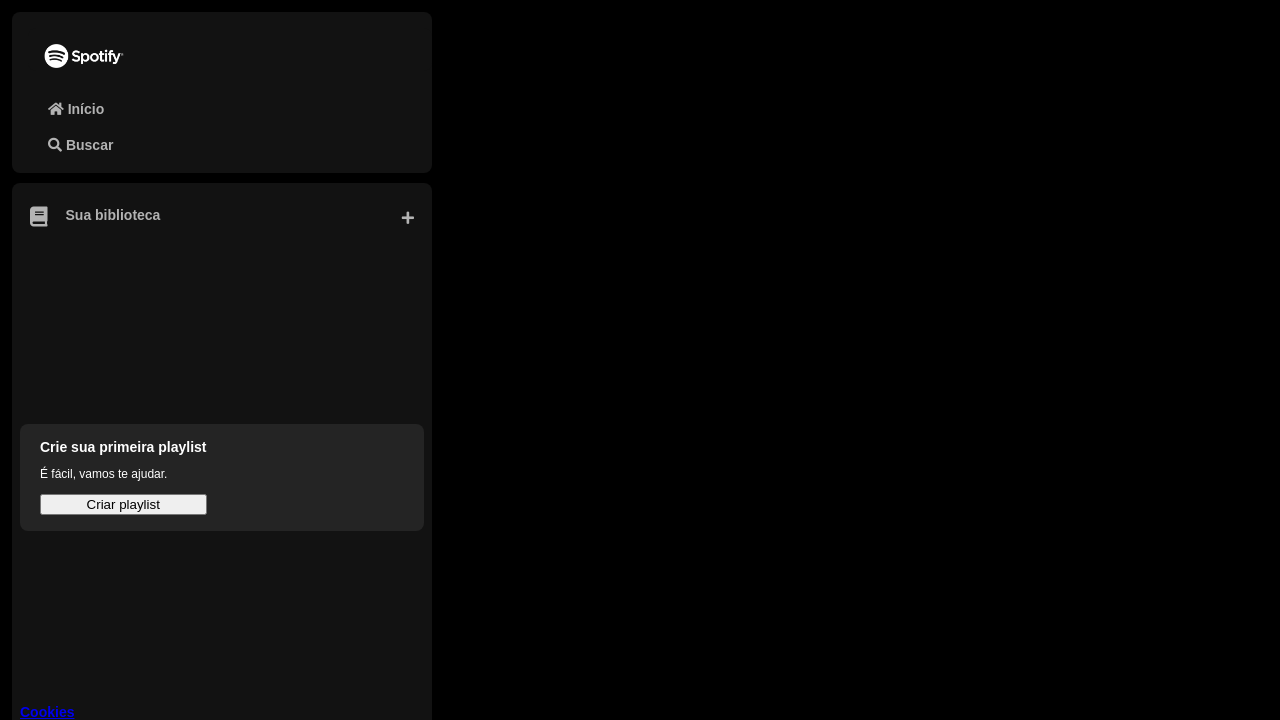
Repository: humbertobrasileiro/spotify
Page: index.html
An editor plug-in stored every save of this project. The page is shown before and after the next save, followed by the edit.
The browser window is 1280 px wide. The pictures show the whole page.

Above is the page before, as saved 2024-01-23 10:02:41.

After the next save:
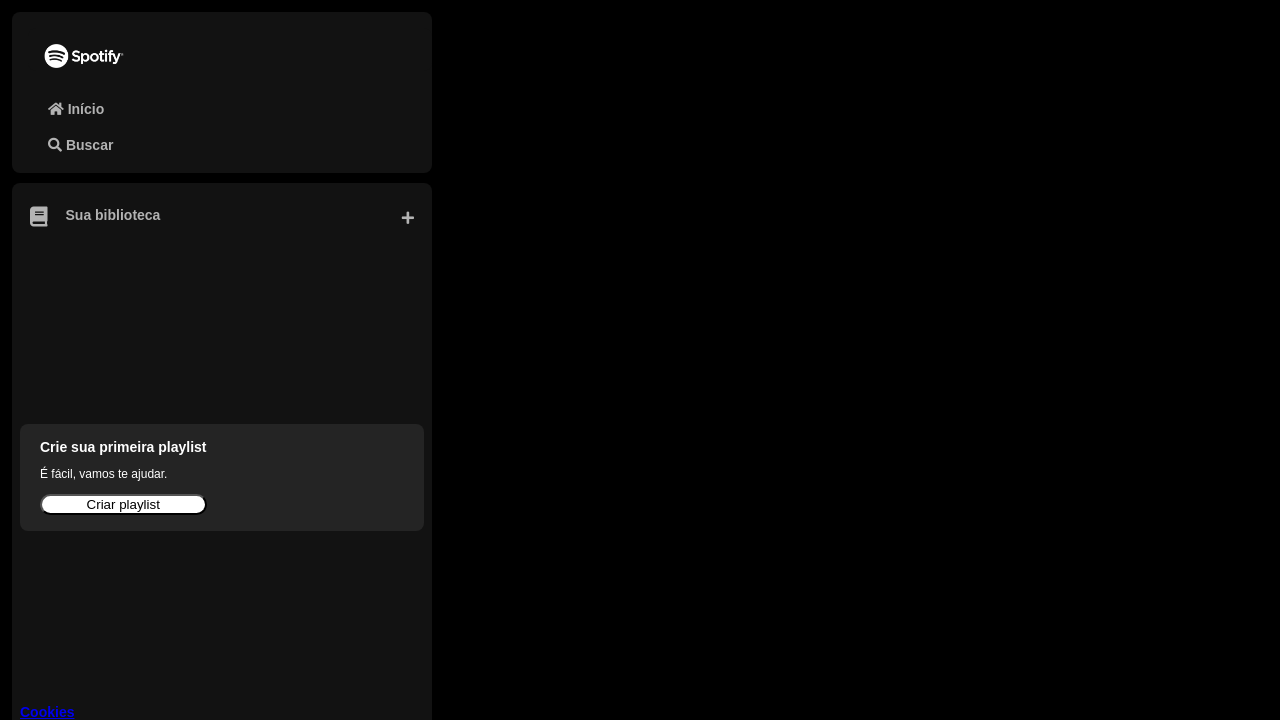
Saved 73 s later.
--- a/styles.css
+++ b/styles.css
@@ -127,6 +127,12 @@
   font-size: 12px;
 }
 
+.section-playlist__content .section-playlist__button {
+  background-color: #fff;
+  color: #000;
+  border-radius: 20px;
+}
+
 .playlist span, .cookies span {
   display: block;
 }
